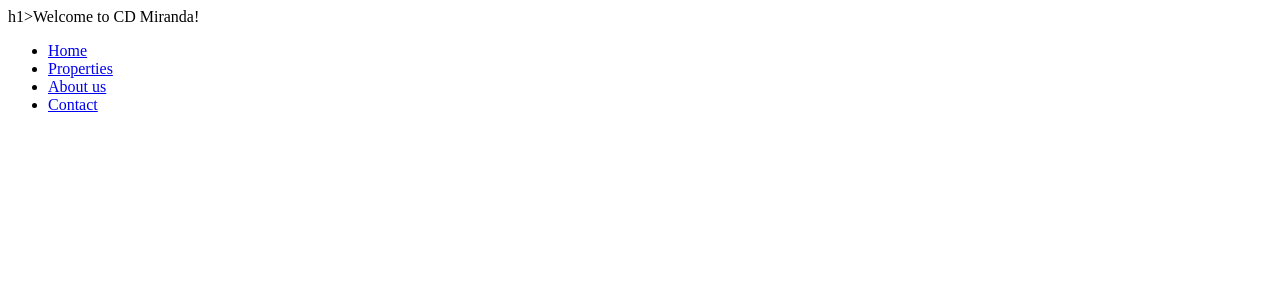
Repository: Gianeuz/CD-Miranda
Page: home/main.html
The author's editor kept a copy of each file at every save. The page is drawn from the files as they stood at one save, then again after the next save.
The browser window is 1280 px wide. The pictures show the whole page.

Above is the page before, as saved 2026-09-20 03:15:38.

### home/main.html
<!DOCTYPE html>
<html lang="en">
<head>
    <meta charset="UTF-8">
    <meta name="viewport" content="width=device-width, initial-scale=1.0">
    <title>CD Miranda</title>
</head>
<body>

    h1>Welcome to CD Miranda!</h1>
    <ul>
        <li><a href="index.html">Home</a></li>
        <li><a href="about.html">Properties</a></li>
        <li><a href="services.html">About us</a></li>
        <li><a href="contact.html">Contact</a></li>

    </ul>
</body>
</html>

After the next save:
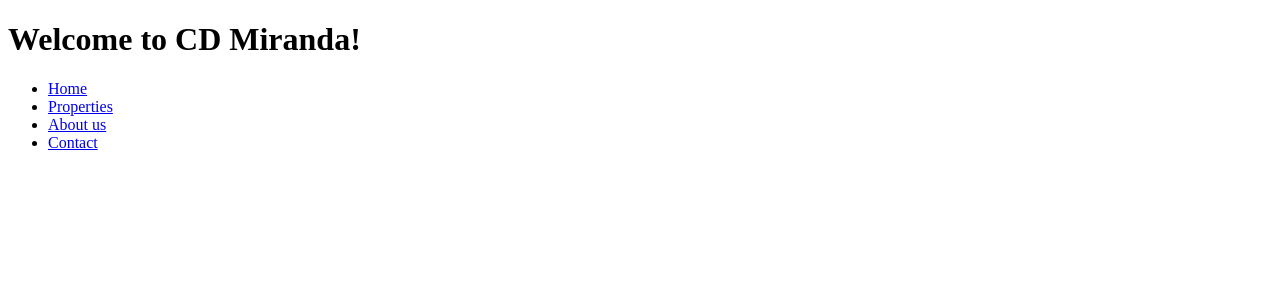
Saved 4 s later.
--- a/home/main.html
+++ b/home/main.html
@@ -7,7 +7,7 @@
 </head>
 <body>
 
-    h1>Welcome to CD Miranda!</h1>
+    <h1>Welcome to CD Miranda!</h1>
     <ul>
         <li><a href="index.html">Home</a></li>
         <li><a href="about.html">Properties</a></li>
